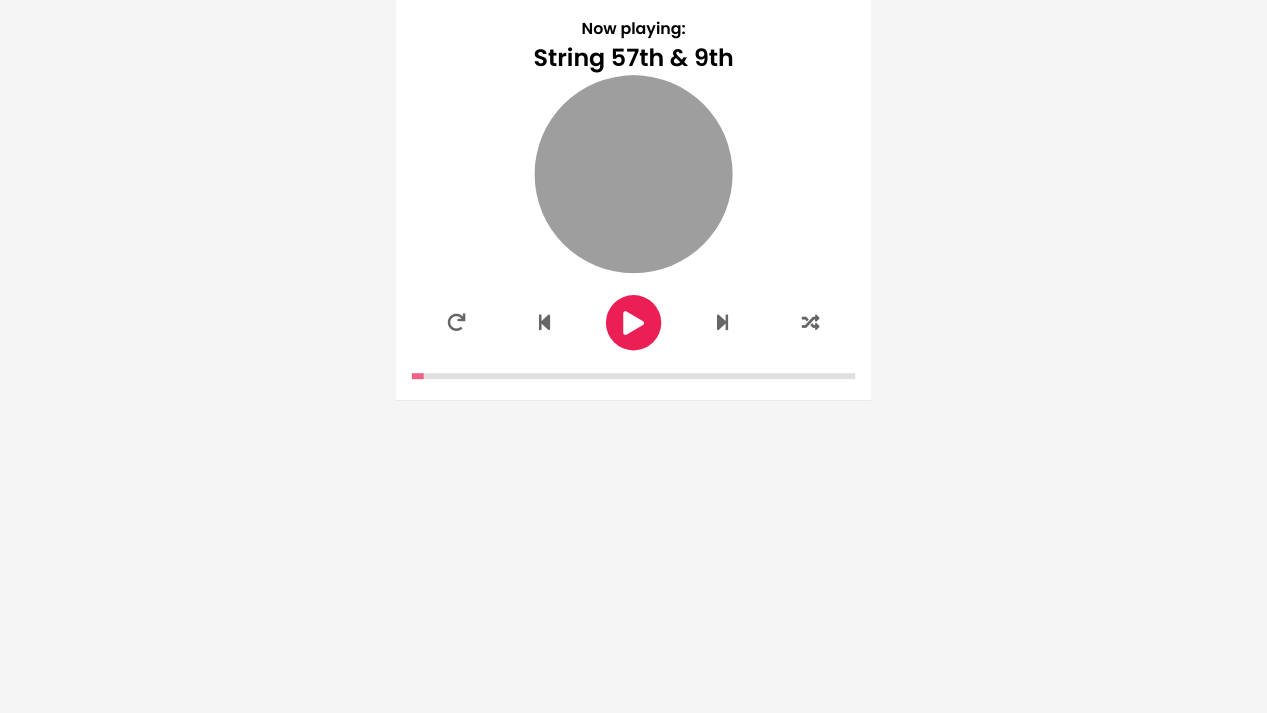
Repository: MinhNhatIT2901/Mp3-clon
Page: index.html
These files come from the project's save history. The page is drawn as it stood at one moment and after the next save; the edit follows.
The browser window is 1280 px wide. The pictures show the whole page, at 99% of full size.
Pictures or frames that could not be fetched are drawn as grey boxes.

Above is the page before, as saved 2022-01-01 18:42:28.
Console error: TypeError: Cannot set properties of null (setting 'textContent')

### index.html
<!DOCTYPE html>
<html lang="en">
<head>
    <meta charset="UTF-8">
    <meta http-equiv="X-UA-Compatible" content="IE=edge">
    <meta name="viewport" content="width=device-width, initial-scale=1.0">
    <title>Document</title>
    <link rel="stylesheet" href="./asset/css/app.css">
    <link rel="stylesheet" href="https://cdnjs.cloudflare.com/ajax/libs/font-awesome/5.15.2/css/all.min.css" integrity="sha512-HK5fgLBL+xu6dm/Ii3z4xhlSUyZgTT9tuc/hSrtw6uzJOvgRr2a9jyxxT1ely+B+xFAmJKVSTbpM/CuL7qxO8w==" crossorigin="anonymous" />
    <link rel="preconnect" href="https://fonts.gstatic.com">
    <link href="https://fonts.googleapis.com/css2?family=Poppins:wght@300;400;600&display=swap" rel="stylesheet">
</head>
<body>
    <div class="player">
        <div class="dashboard">
            <div class="header" style="text-align: center">
                <h4>Now playing:</h4>
                <h2>String 57th & 9th</h2>
            </div>

            <div class="cd">
                <div class="cd-thumb" style="background-image: url('https://i.ytimg.com/vi/jTLhQf5KJSc/maxresdefault.jpg')">
                </div>
            </div>

            <div class="control">
                <div class="btn btn-repeat">
                    <i class="fas fa-redo"></i>
                </div>
                <div class="btn btn-prev">
                    <i class="fas fa-step-backward"></i>
                </div>
                <div class="btn btn-toggle-play">
                    <i class="fas fa-pause icon-pause"></i>
                    <i class="fas fa-play icon-play"></i>
                </div>
                <div class="btn btn-next">
                    <i class="fas fa-step-forward"></i>
                </div>
                <div class="btn btn-random">
                    <i class="fas fa-random"></i>
                </div>
            </div>

            <input id="progress" class="progress" type="range" value="0" step="1" min="0" max="100">
            <audio id="audio" src=""></audio>
        </div>

        <div class="playlist">
        </div>
    </div>
</body>
    <script src="./asset/css/app.js"></script>
</html>

### asset/css/app.css
:root {
  --primary-color: #ec1f55;
  --text-color: #333;
}

* {
  padding: 0;
  margin: 0;
  box-sizing: inherit;
}

body {
  background-color: #f5f5f5;
}

html {
  box-sizing: border-box;
  font-family: "Poppins", sans-serif;
}

.player {
  position: relative;
  max-width: 480px;
  margin: 0 auto;
}

.player .icon-pause {
  display: none;
}

.player.playing .icon-pause {
  display: inline-block;
}

.player.playing .icon-play {
  display: none;
}

.dashboard {
  padding: 16px 16px 14px;
  background-color: #fff;
  position: fixed;
  top: 0;
  width: 100%;
  max-width: 480px;
  border-bottom: 1px solid #ebebeb;
}

/* HEADER */
header {
  text-align: center;
  margin-bottom: 10px;
}

header h4 {
  color: var(--primary-color);
  font-size: 12px;
}

header h2 {
  color: var(--text-color);
  font-size: 20px;
}

/* CD */
.cd {
  display: flex;
  margin: auto;
  width: 200px;
}

.cd-thumb {
  width: 100%;
  padding-top: 100%;
  border-radius: 50%;
  background-color: #333;
  background-size: cover;
  margin: auto;
}

/* CONTROL */
.control {
  display: flex;
  align-items: center;
  justify-content: space-around;
  padding: 18px 0 8px 0;
}

.control .btn {
  color: #666;
  padding: 18px;
  font-size: 18px;
}

.control .btn.active {
  color: var(--primary-color);
}

.control .btn-toggle-play {
  width: 56px;
  height: 56px;
  border-radius: 50%;
  font-size: 24px;
  color: #fff;
  display: flex;
  align-items: center;
  justify-content: center;
  background-color: var(--primary-color);
}

.progress {
  width: 100%;
  -webkit-appearance: none;
  height: 6px;
  background: #d3d3d3;
  outline: none;
  opacity: 0.7;
  -webkit-transition: 0.2s;
  transition: opacity 0.2s;
}

.progress::-webkit-slider-thumb {
  -webkit-appearance: none;
  appearance: none;
  width: 12px;
  height: 6px;
  background-color: var(--primary-color);
  cursor: pointer;
}

/* PLAYLIST */
.playlist {
  margin-top: 408px;
  padding: 12px;
}

.song {
  display: flex;
  align-items: center;
  margin-bottom: 12px;
  background-color: #fff;
  padding: 8px 16px;
  border-radius: 5px;
  box-shadow: 0 2px 3px rgba(0, 0, 0, 0.1);
}

.song.active {
  background-color: var(--primary-color);
}

.song:active {
  opacity: 0.8;
}

.song.active .option,
.song.active .author,
.song.active .title {
  color: #fff;
}

.song .thumb {
  width: 44px;
  height: 44px;
  border-radius: 50%;
  background-size: cover;
  margin: 0 8px;
}

.song .body {
  flex: 1;
  padding: 0 16px;
}

.song .title {
  font-size: 18px;
  color: var(--text-color);
}

.song .author {
  font-size: 12px;
  color: #999;
}

.song .option {
  padding: 16px 8px;
  color: #999;
  font-size: 18px;
}

### asset/css/app.js
const $ = document.querySelector.bind(document);
const $$ = document.querySelectorAll.bind(document);

const app = {
    currentIndex: 0,
    songs: [
        {
            name: 'Holo',
            singer: 'Jonh',
            path: './asset/music/holo.mp3',
            image: './asset/img/img1.jpg'
        },
        {
            name: 'Home',
            singer: 'Stack',
            path: './asset/music/home.mp3',
            image: './asset/img/img2.jpg'
        },
        {
            name: 'Summer',
            singer: 'Min',
            path: './asser/music/mp3_music_summer.mp3',
            image: './asset/img/img3.jpg'
        },
        {
            name: 'Spark',
            singer: 'Pan',
            path: './asset/music/spark.mp3',
            image: './asset/img/img4.jpg'
        },
        {
            name: 'Hin',
            singer: 'Pani',
            path: './asset/music/home.mp',
            image: './asset/img/img5.jpg'
        },
        {
            name: 'Comback',
            singer: 'Shin Ka',
            path: './asset/music/spark.mp3',
            image: './asset/img/img6.jpg'
        },
    ],
    render: function() {
        const htmls = this.songs.map(song => {
            return `
            <div class="song">
                <div class="thumb"
                    style="background-image: url('${song.image}')">
                </div>
                <div class="body">
                    <h3 class="title">${song.name}</h3>
                    <p class="author">${song.singer}</p>
                </div>
                <div class="option">
                    <i class="fas fa-ellipsis-h"></i>
                </div>
            </div>
            `
        })
        $('.playlist').innerHTML = htmls.join('');
    },
    defineProperties: function() {
        Object.defineProperty(this, 'currentSong', {
            get: function() {
                return this.songs[this.currentIndex]
            }
        })
    },
    handleEvents: function() {
        const cd = $('.cd');
        const cdWidth = cd.offsetWidth;
        document.onscroll = function() {
            const scrollTop = window.scrollY || document.documentElement.scrollTop;
            const newCdWidth = cdWidth - scrollTop;

            cd.style.width = newCdWidth > 0 ? newCdWidth + 'px' : 0;
            cd.style.opacity = newCdWidth / cdWidth;
        }
    },
    loadCurrentSong: function() {
        const heading = $('header h2');
        const cdThumb = $('.cd-thumb');
        const audio = $('#audio');

        // console.log(heading, cdThumb, audio)
        heading.textContent = this.currentSong.name;
        cdThumb.style.backgroundImage = `url('${this.currentSong.image}')`;
        audio.src = this.currentSong.path;
    },
    getCurrentSong: function() {
        return this.songs [this.currentIndex]
    },
    start: function() {
        // Định nghĩa các thuộc tính cho object
        this.defineProperties();

        // Lắng nghe / xử lý các sự kiện (DOM event)
        this.handleEvents();

        // Load thong tin bai hat dau tien vao` UI
        this.loadCurrentSong();

        // Render playlist
        this.render();
    }
}

app.start();

After the next save:
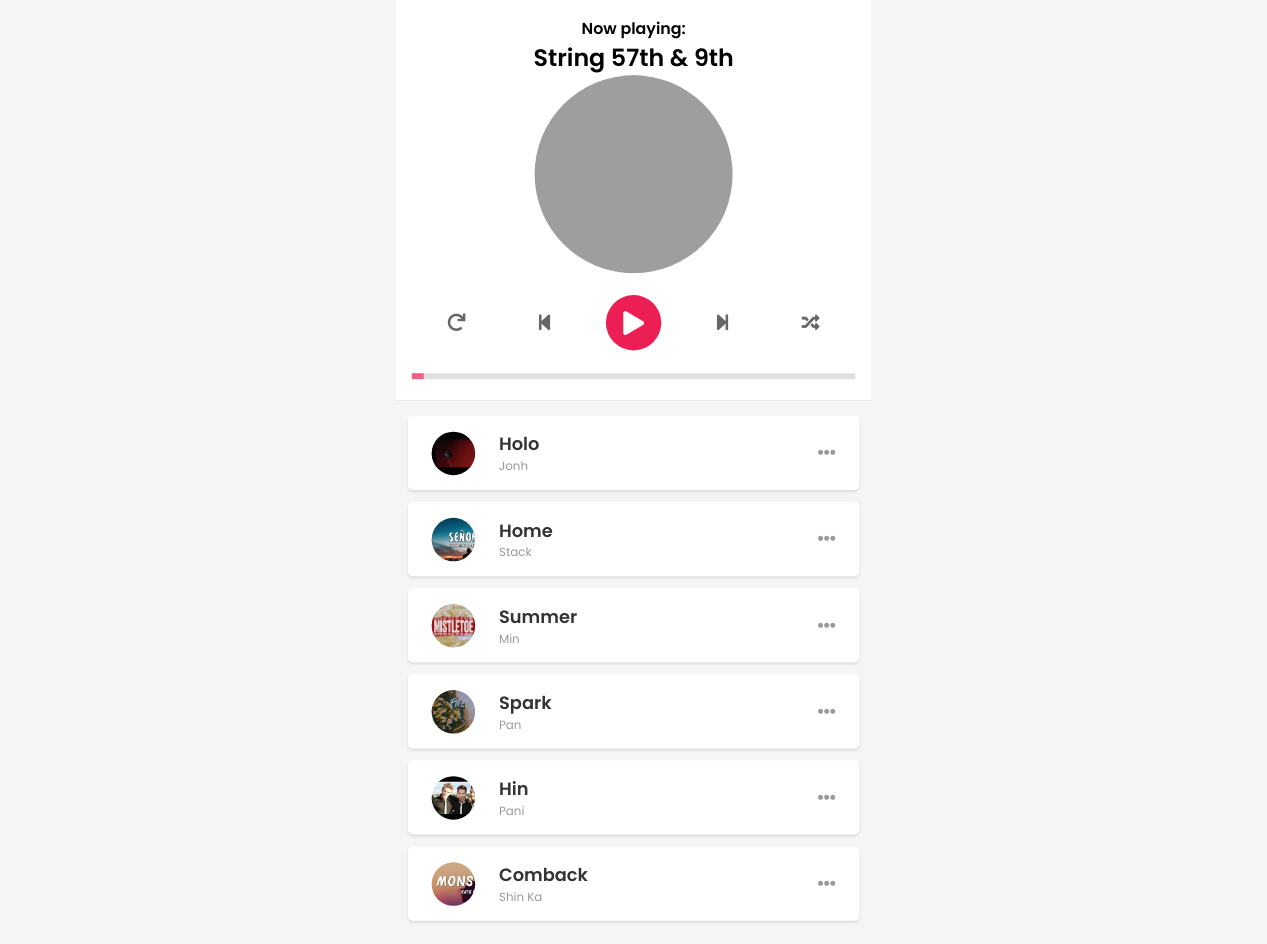
The error is gone.
Saved 2 min 49 s later.
--- a/asset/css/app.js
+++ b/asset/css/app.js
@@ -79,17 +79,14 @@ const app = {
         }
     },
     loadCurrentSong: function() {
-        const heading = $('header h2');
-        const cdThumb = $('.cd-thumb');
-        const audio = $('#audio');
+        // const heading = $('header h2');
+        // const cdThumb = $('.cd-thumb');
+        // const audio = $('#audio');
 
         // console.log(heading, cdThumb, audio)
-        heading.textContent = this.currentSong.name;
-        cdThumb.style.backgroundImage = `url('${this.currentSong.image}')`;
-        audio.src = this.currentSong.path;
-    },
-    getCurrentSong: function() {
-        return this.songs [this.currentIndex]
+        // heading.textContent = this.currentSong.name;
+        // cdThumb.style.backgroundImage = `url('${this.currentSong.image}')`;
+        // audio.src = this.currentSong.path;
     },
     start: function() {
         // Định nghĩa các thuộc tính cho object
